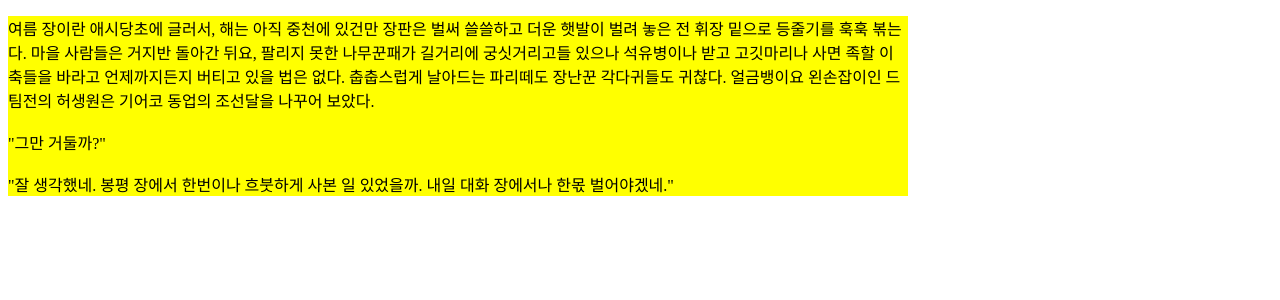
Repository: jeemaru/htme_01
Page: css_02/ex_02.html
These files come from the project's save history. The page is drawn as it stood at one moment and after the next save; the edit follows.
The browser window is 1280 px wide. The pictures show the whole page.

Above is the page before, as saved 2022-04-07 02:10:32.

### css_02/ex_02.html
<!DOCTYPE html>

<html lang="ko"> <!-- 한국어문서만 검색할때, 음성으로 할때 한국어 음성지원 -->
    <head>
        <meta charset="UTF-8"> <!-- 브라우저가 문서를 해석할때 필요한 정보 -->
        <title>스타일시트</title>
		<!-- 스타일시트자리 -->
		<style>
			.box {background-color: #ffff00;
				  max-width: 900px;}

		</style>

    </head>

    <body>


			<p class="box">여름 장이란 애시당초에 글러서, 해는 아직 중천에 있건만 장판은 벌써 쓸쓸하고 더운 햇발이 벌려 놓은
               전 휘장 밑으로 등줄기를 훅훅 볶는다. 마을 사람들은 거지반 돌아간 뒤요, 팔리지 못한 나무꾼패가 길거리에
               궁싯거리고들 있으나 석유병이나 받고 고깃마리나 사면 족할 이 축들을 바라고 언제까지든지 버티고 있을 법은 없다.
               춥춥스럽게 날아드는 파리떼도 장난꾼 각다귀들도 귀찮다. 얼금뱅이요 왼손잡이인 드팀전의 허생원은 기어코 동업의
               조선달을 나꾸어 보았다.<br>
               <br>
               "그만 거둘까?"<br>
               <br>
               "잘 생각했네. 봉평 장에서 한번이나 흐붓하게 사본 일 있었을까.
               내일 대화 장에서나 한몫 벌어야겠네."<br>
           </p>


    </body>

</html>

After the next save:
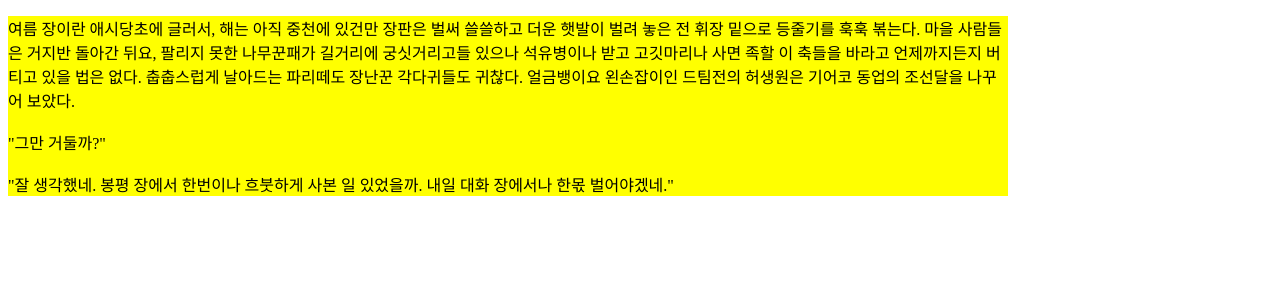
Saved 77 s later.
--- a/css_02/ex_02.html
+++ b/css_02/ex_02.html
@@ -7,7 +7,7 @@
 		<!-- 스타일시트자리 -->
 		<style>
 			.box {background-color: #ffff00;
-				  max-width: 900px;}
+				  width: 1000px;}
 
 		</style>
 
